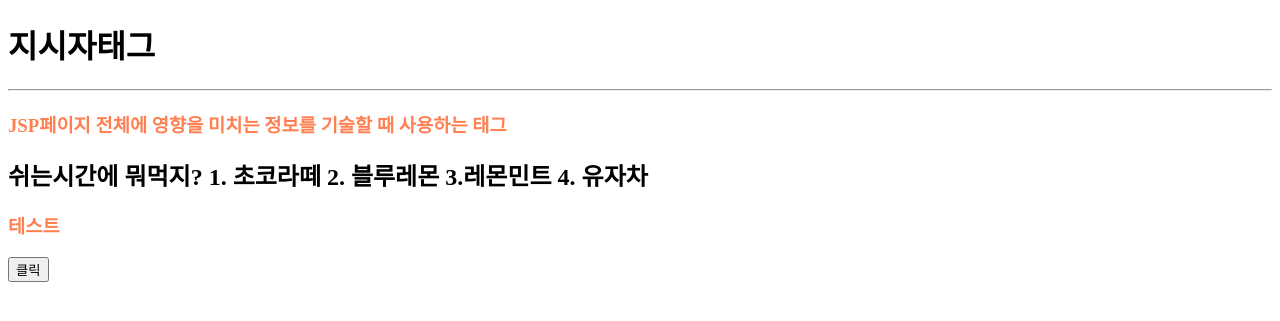
Repository: ParkHyeonju12/servlet
Page: http://localhost/04_jspProject/jsp/directiveTag.jsp
An editor plug-in stored every save of this project. The page is shown before and after the next save, followed by the edit.
The browser window is 1280 px wide. The pictures show the whole page.
The page is served by Tomcat 9.

Above is the page before, as saved 2022-08-30 06:06:02.

### web-workspace/04_jspProject/src/main/webapp/jsp/directiveTag.jsp
<%@ page language="java" contentType="text/html; charset=UTF-8"
    pageEncoding="UTF-8"%>
    <%-- 해당 클래스에서 사용하고싶은 클래스를 import할 때 지시자 태그 사용--%>
    <%@ page import = "java.util.ArrayList" %>
<!DOCTYPE html>
<html>
<head>
<meta charset="UTF-8">
<title>Insert title here</title>
</head>
<body>
	<h1>지시자태그</h1>
	<hr>
	<h3>JSP페이지 전체에 영향을 미치는 정보를 기술할 때 사용하는 태그</h3>
	<%-- 작성된 jsp 파일을 해당 페이지로 포함시키는 기능 --%>
	<%@include file = "/jsp/test.jsp" %>
	<h3>테스트</h3>
	<button onclick="func1();">클릭</button>
</body>
</html>

### web-workspace/04_jspProject/src/main/webapp/jsp/test.jsp
<%@ page language="java" contentType="text/html; charset=UTF-8"
    pageEncoding="UTF-8"%>

    <h2>쉬는시간에 뭐먹지? 1. 초코라떼 2. 블루레몬 3.레몬민트 4. 유자차</h2>
    <style>
    	h3 {
    	color:coral;
    	}
    </style>
    <script>
    	function func1(){
    		alert("유자차!!! 결정");
    	}
    </script>

After the next save:
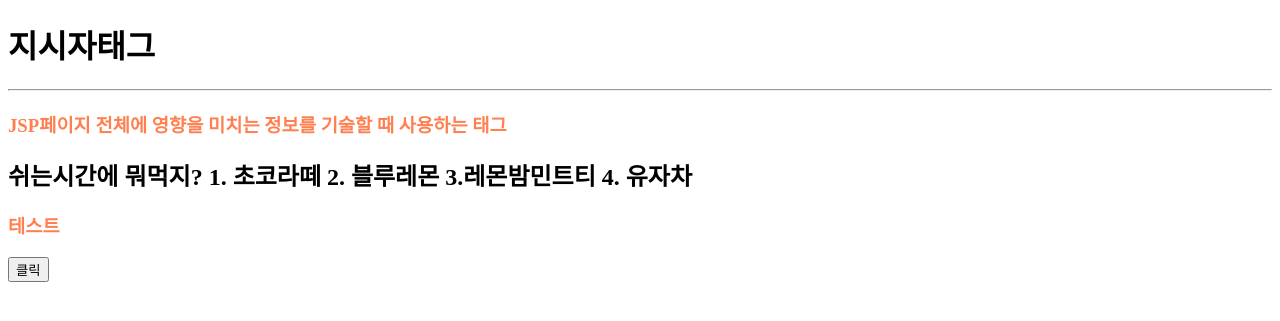
Saved 82 s later.
--- a/web-workspace/04_jspProject/src/main/webapp/jsp/test.jsp
+++ b/web-workspace/04_jspProject/src/main/webapp/jsp/test.jsp
@@ -1,7 +1,7 @@
 <%@ page language="java" contentType="text/html; charset=UTF-8"
     pageEncoding="UTF-8"%>
 
-    <h2>쉬는시간에 뭐먹지? 1. 초코라떼 2. 블루레몬 3.레몬민트 4. 유자차</h2>
+    <h2>쉬는시간에 뭐먹지? 1. 초코라떼 2. 블루레몬 3.레몬밤민트티 4. 유자차</h2>
     <style>
     	h3 {
     	color:coral;
